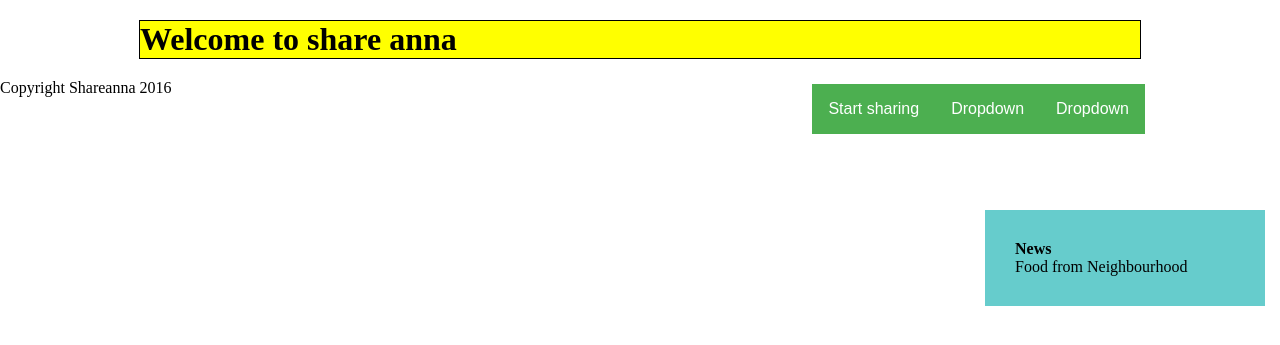
Repository: navigator007/shareanna
Page: practiceSpringMVC_1/src/main/webapp/home.html
The author's editor kept a copy of each file at every save. The page is drawn from the files as they stood at one save, then again after the next save.
The browser window is 1280 px wide. The pictures show the whole page.

Above is the page before, as saved 2016-08-20 23:11:38.

### practiceSpringMVC_1/src/main/webapp/home.html
<!DOCTYPE html>
<html lang="en">
<head>
<meta charset="UTF-8">
<title>take-away, food sharing</title>
<link rel="stylesheet" href="css/home.css">
</head>
<body>
	<div id="main_header">
		<header>
			<h1>Welcome to share anna</h1>
		</header>
	</div>
	<div>
	<ul class = "menu_dropdown">
		<li>
			<div class="dropdown">
				<button class="dropbtn">Start sharing</button>
				<div class="dropdown-content">
					<a href="#">You can share your food easily in your neighbourhood</a>
				</div>
			</div>
		</li>
		<li>
			<div class="dropdown">
				<button class="dropbtn">Dropdown</button>
				<div class="dropdown-content">
					<a href="#">Link 1</a>
					 <a href="#">Link 2</a>
					 <a href="#">Link3</a>
				</div>
			</div>
		</li>
		<li>
			<div class="dropdown">
				<button class="dropbtn">Dropdown</button>
				<div class="dropdown-content">
					<a href="#">Link 1</a>
					 <a href="#">Link 2</a>
					 <a href="#">Link3</a>
				</div>
			</div>
		</li>
	</ul>
	</div>
	<div id="section">
		<section>
			<aside>
				<h4>News</h4>
				Food from Neighbourhood
			</aside>
		</section>
	</div>
	<footer> Copyright Shareanna 2016 </footer>
</body>
</html>

### practiceSpringMVC_1/src/main/webapp/css/home.css
@CHARSET "UTF-8";
*{
	margin:0px;
	padding: 0px;
}
header ,section, footer, aside, nav, article, hgroup{
	display:block;
}
body{
	text-align:left;
}
#main_header{
	border: 1px solid black;
	width: 1000px;
	margin: 20px auto;
	background: yellow;
	text-decoration: blink;
}

#section{
	position: fixed;
	float: left;
	width: 220px;
	margin: 20px 0px;
	padding: 30px;
	background: #66cccc;
	top: 190px;
	right: 15px
}
/* Dropdown button section -- start */
.dropbtn {
    background-color: #4CAF50;
    color: white;
    padding: 16px;
    font-size: 16px;
    border: none;
    cursor: pointer;
}
.dropdown {
    position: relative;
    display: inline-block;
}
.dropdown-content {
    display: none;
    position: absolute;
    background-color: #f9f9f9;
    min-width: 130px;
    box-shadow: 0px 8px 16px 0px rgba(0,0,0,0.2);
}
.dropdown-content a {
    color: black;
    padding: 12px 16px;
    text-decoration: none;
    display: block;
}
.dropdown-content a:hover {background-color: #f1f1f1}

.dropdown:hover .dropdown-content {
    display: block;
}

.dropdown:hover .dropbtn {
    background-color: #3e8e41;
}
.menu_dropdown{
	margin: 0;
    padding: 5px;
    position: fixed;
    float: right;
    list-style-type: none;
    right: 130px;
}

.menu_dropdown li{
	float: left;
}
.menu_dropdown a{
	display: block;
	background-color: #dddddd;
}

After the next save:
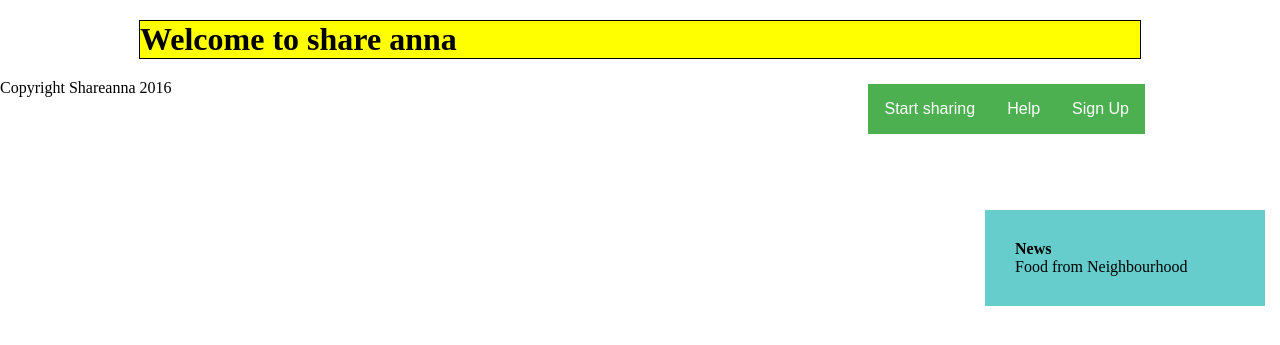
Saved 8 min 42 s later.
--- a/practiceSpringMVC_1/src/main/webapp/home.html
+++ b/practiceSpringMVC_1/src/main/webapp/home.html
@@ -17,23 +17,25 @@
 			<div class="dropdown">
 				<button class="dropbtn">Start sharing</button>
 				<div class="dropdown-content">
-					<a href="#">You can share your food easily in your neighbourhood</a>
+					<a href="#">Share your dish and earn</a>
 				</div>
 			</div>
 		</li>
 		<li>
 			<div class="dropdown">
-				<button class="dropbtn">Dropdown</button>
+				<button class="dropbtn">Help</button>
 				<div class="dropdown-content">
-					<a href="#">Link 1</a>
-					 <a href="#">Link 2</a>
-					 <a href="#">Link3</a>
+					<a href="#">Getting started guide</a>
+			<a href="#">How to place order</a>
+			<a href="#">How price is determined</a>
+			<a href="#">How payments are processed</a>
+			<a href="#">How my dish reaches me?</a>
 				</div>
 			</div>
 		</li>
 		<li>
 			<div class="dropdown">
-				<button class="dropbtn">Dropdown</button>
+				<button class="dropbtn">Sign Up</button>
 				<div class="dropdown-content">
 					<a href="#">Link 1</a>
 					 <a href="#">Link 2</a>
